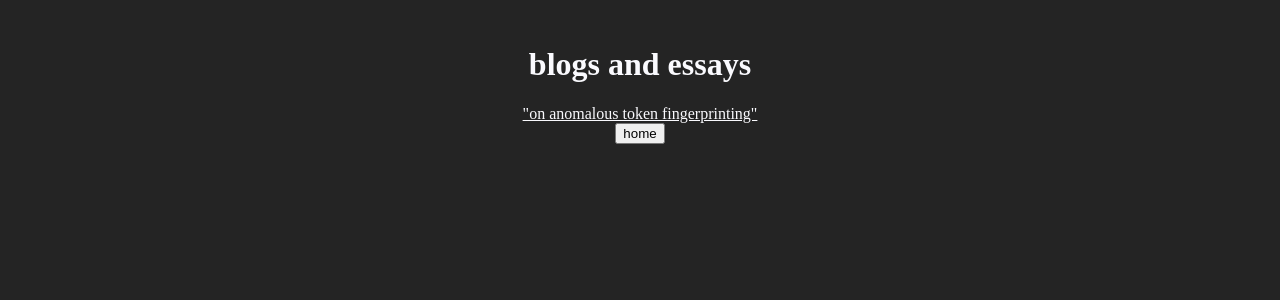
Repository: yellowspots/geneweb
Page: blogsandessays.html
An editor plug-in stored every save of this project. The page is shown before and after the next save, followed by the edit.
The browser window is 1280 px wide. The pictures show the whole page.

Above is the page before, as saved 2024-05-02 23:43:06.

After the next save:
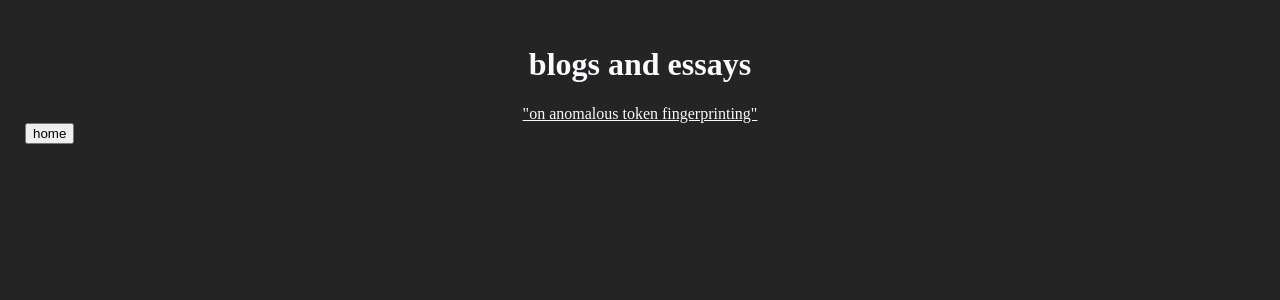
Saved 6 s later.
--- a/blogsandessays.html
+++ b/blogsandessays.html
@@ -9,7 +9,7 @@
         <a href="https://medium.com/@yerbymatey/on-anomalous-token-fingerprinting-the-gpt-4-5-hypetrain-and-reading-between-the-lines-26c5d2c9e88b">"on anomalous token fingerprinting"</a>
 </body>
 <footer>
-    <button class="nav-button" onclick="window.location.href='index.html'">
+    <button class="buttons" onclick="window.location.href='index.html'">
         <span>home</span>
     </button>
 </footer>
